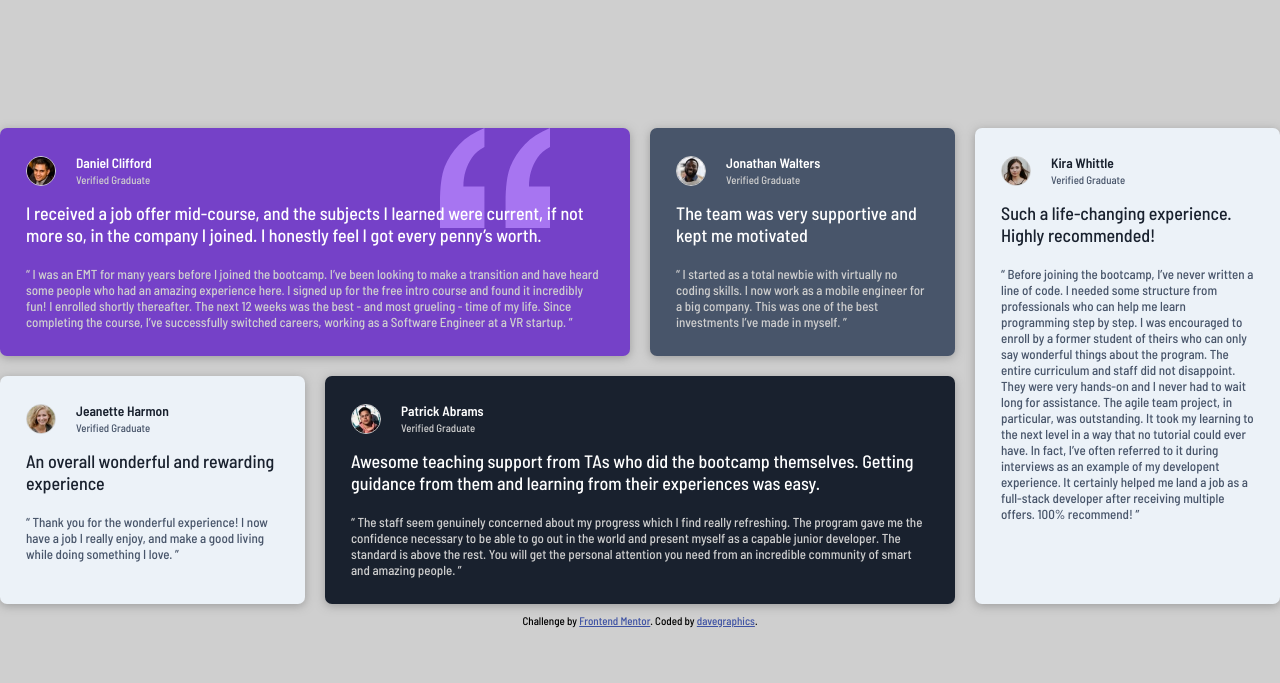
Repository: DejV44/testimonials_grid_section_main
Page: index.html
These files come from the project's save history. The page is drawn as it stood at one moment and after the next save; the edit follows.
The browser window is 1280 px wide. The pictures show the whole page.
The style sheet was rebuilt from its Sass, Less or Tailwind sources for each picture, by a compiler version that may differ from the author's.

Above is the page before, as saved 2021-07-15 21:25:55.

After the next save:
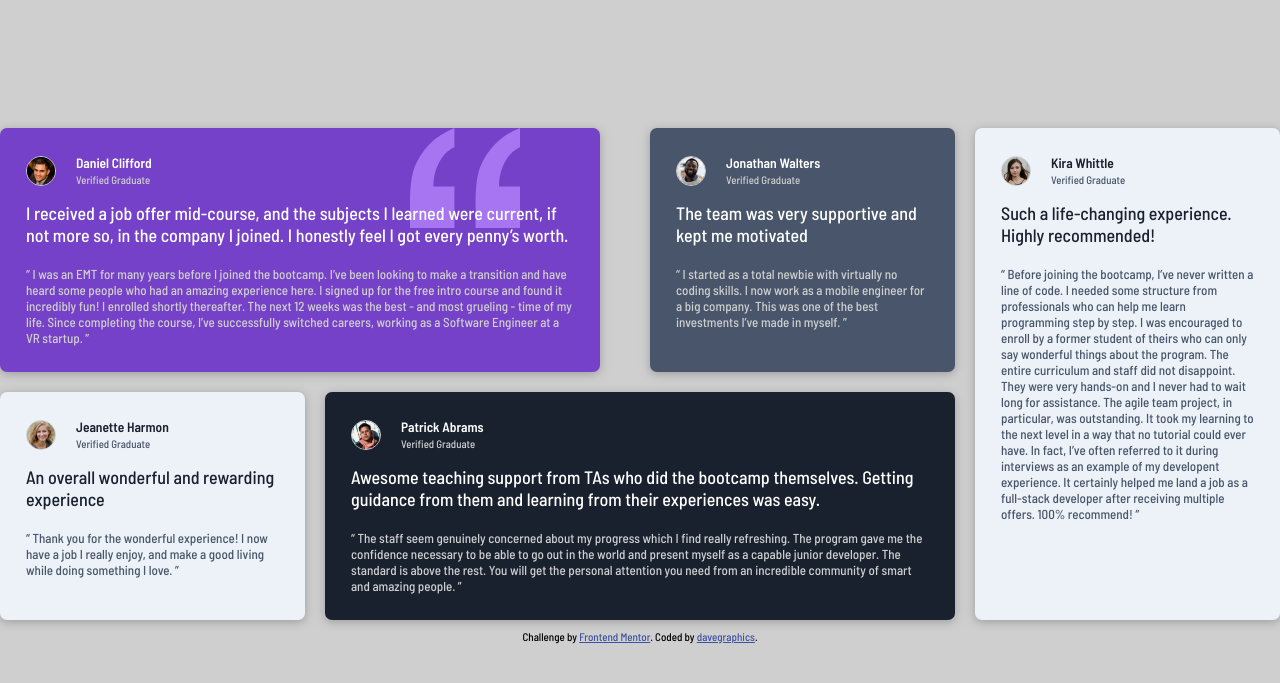
Saved 9 s later.
--- a/css/style.scss
+++ b/css/style.scss
@@ -33,7 +33,7 @@
           overflow: hidden;
           background-color: $ModerateViolet;
           z-index: -2;
-          max-width: 700px;
+          max-width: 600px;
         .quoation {
             position: absolute;
             right: 80px;

After the save that followed:
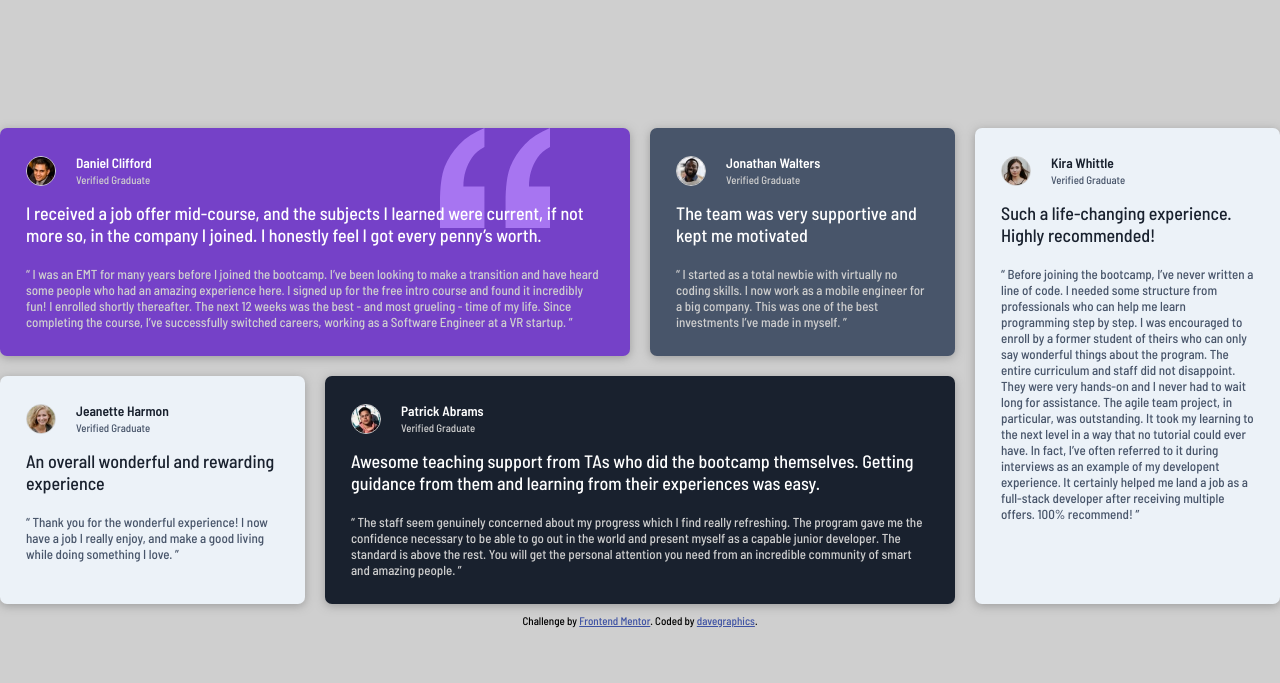
Saved 7 s later.
--- a/css/style.scss
+++ b/css/style.scss
@@ -33,7 +33,7 @@
           overflow: hidden;
           background-color: $ModerateViolet;
           z-index: -2;
-          max-width: 600px;
+
         .quoation {
             position: absolute;
             right: 80px;
